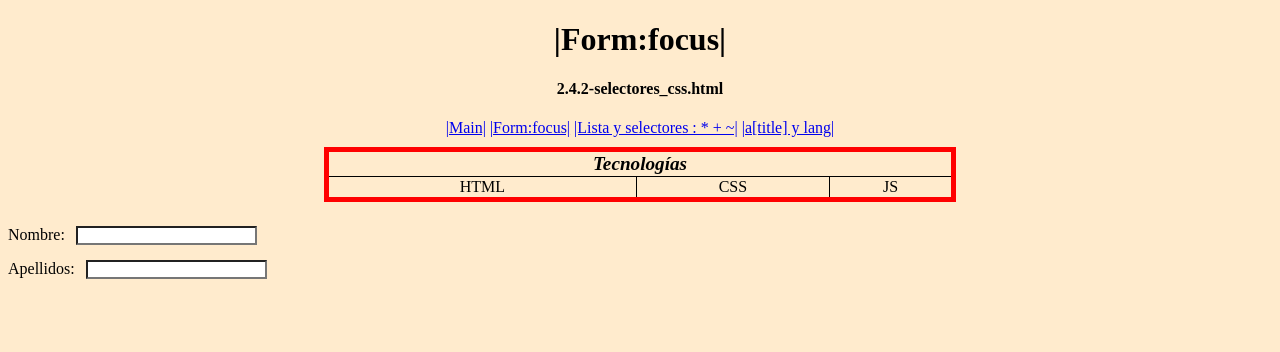
Repository: cesarsant0203/My_Study
Page: Introducción al desarrollo web/2-Css/2.4.2-selectores_css.html
These files come from the project's save history. The page is drawn as it stood at one moment and after a run of saves; the edit follows.
The browser window is 1280 px wide. The pictures show the whole page.

Above is the page before, as saved 2020-04-28 17:14:33.

After the next 2 saves:
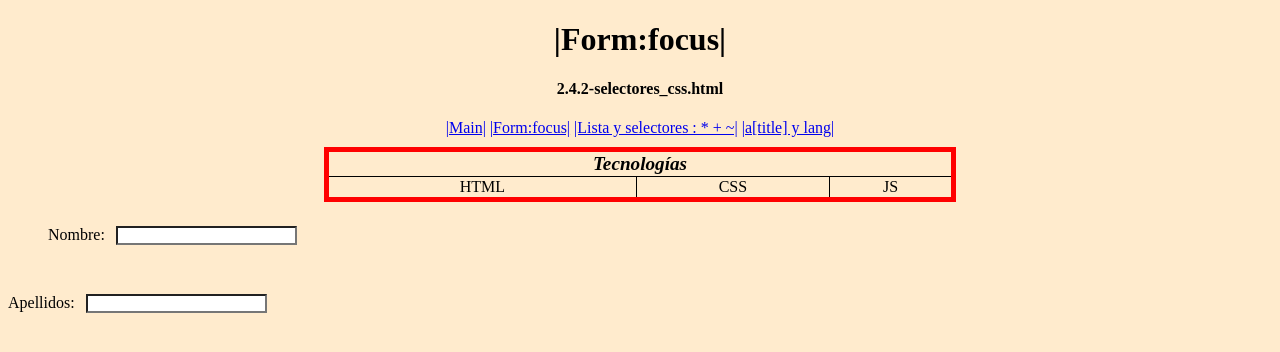
The 2 saves are shown as one change because they came seconds apart.
The last was saved 9 s later.
--- a/Introducción al desarrollo web/2-Css/2.4.2-selectores_css.html
+++ b/Introducción al desarrollo web/2-Css/2.4.2-selectores_css.html
@@ -37,10 +37,10 @@
         <form action="...">
             <ul>
 
+                <label for="name">Nombre:</label>
+                <input type="text" id="name"/>
             </ul>
-            <label for="name">Nombre:</label>
-            <input type="text" id="name"/>
-            <br/>
+                <br/>
             <label for="sname">Apellidos:</label>
             <input type="text" id="sname"/>
         </form>
